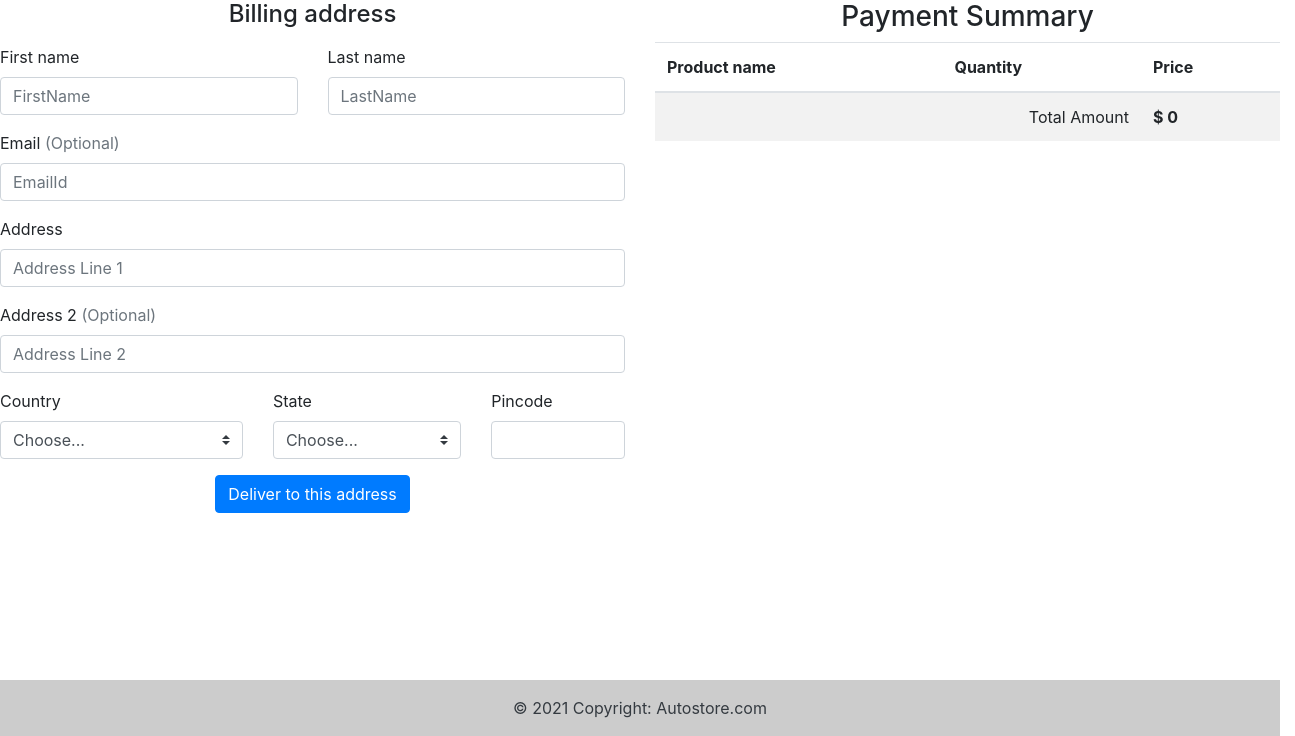
Repository: pravinsakthivel/ecommerce
Page: /checkout
These files come from the project's save history. The page is drawn as it stood at one moment and after the next save; the edit follows.
The browser window is 1280 px wide. The page is 1295 px wide, so the pictures cover 1295 px, including what lies to the right of the window. The pictures show the whole page.
The project was rebuilt for these pictures with package versions that can differ from the ones it lists, and the page was loaded fresh each time. Also part of the build but not shown: src/components/ProductItem.vue, src/components/UI/ShoppingCartIcon.vue, src/components/UI/NavigationBar.vue, src/components/UI/SearchBar.vue, src/components/ProductDescriptionModal.vue, src/components/ProductList.vue, src/components/CartList.vue, src/components/UI/OrderSuccess.vue and 4 more.

Above is the page before, as saved 2021-04-11 00:02:58.

### public/index.html
<!DOCTYPE html>
<html lang="">
  <head>
    <meta charset="utf-8" />
    <meta http-equiv="X-UA-Compatible" content="IE=edge" />
    <meta name="viewport" content="width=device-width,initial-scale=1.0" />
    <link rel="icon" href="<%= BASE_URL %>favicon.ico" />
    <link
      href="https://fonts.googleapis.com/css?family=Nunito+Sans:400,400i,700,900&display=swap"
      rel="stylesheet"
    />
    <title><%= htmlWebpackPlugin.options.title %></title>
  </head>
  <style>
    #page-container {
      position: relative;
      min-height: 100vh;
    }

    #content-wrap {
      padding-bottom: 2.5rem; /* Footer height */
    }

    #footer {
      position: absolute;
      bottom: 0;
      width: 100%;
      height: 2.5rem; /* Footer height */
    }
  </style>
  <body>
    <noscript>
      <strong
        >We're sorry but <%= htmlWebpackPlugin.options.title %> doesn't work
        properly without JavaScript enabled. Please enable it to
        continue.</strong
      >
    </noscript>
    <div id="page-container">
      <div id="content-wrap">
        <div id="app"></div>
      </div>
      <footer id="footer">
        <div class="text-center text-dark p-3 footer" style="background-color: rgba(0, 0, 0, 0.2);">
          © 2021 Copyright:
          <a class="text-dark" href="#">Autostore.com</a>
        </div>
      </footer>
    </div>
    <!-- built files will be auto injected -->
  </body>
</html>

### src/main.js
import { createApp } from 'vue';
import App from './App.vue';
import router from './router.js';
import store from './store.js';
import 'bootstrap';
import 'font-awesome/css/font-awesome.min.css';
import 'bootstrap/dist/css/bootstrap.min.css';
import BaseButton from "./components/UI/BaseButton.vue";
import BaseBadge from './components/UI/BaseBadge.vue';
import TheJumbotrom from './components/UI/TheJumbotron.vue';
import BaseModal from './components/UI/BaseModal.vue';



const app = createApp(App);
app.use(router);
app.use(store);
app.component('base-button',BaseButton);
app.component('base-badge',BaseBadge);
app.component('the-jumbotron',TheJumbotrom);
app.component('base-modal',BaseModal);
app.mount('#app');

### src/App.vue
<template>
 <router-view></router-view>

</template>

<script>

export default {
  name: 'App',
}
</script>

<style >

</style>

### src/router.js
import { createRouter, createWebHistory } from "vue-router";
import ProductList from "./components/ProductList.vue";
import CartList from "./components/CartList.vue";
import OrderSuccessPage from "./components/UI/OrderSuccess.vue";
import LoginPage from "./components/UI/LoginPage.vue";
import CheckoutPage from "./components/CheckoutPage.vue";

const router = createRouter({
  history: createWebHistory(),
  routes: [
    {
      path: "/",
      redirect: "/login",
    },
    {
      path: "/cartIems",
      component: CartList,
    },
    {
      path: "/products",
      component: ProductList,
    },
    {
      path: "/orderSuccessPage",
      component: OrderSuccessPage,
    },
    {
      path: "/login",
      component: LoginPage,
    },
    {
      path:"/checkout",
      component:CheckoutPage
    }
  ],
});

export default router;

### src/store.js
import {createStore} from 'vuex';
import productModule from './store/products/index.js'

const store = createStore({
   modules:{
        products:productModule
   }
});

export default store;

### src/components/UI/BaseButton.vue
<template>
    <button
        class="btn btn-primary"
        type="submit"
        @click.prevent="clickAction"
      >
        <slot></slot>
      </button>
</template>
<script>
export default {
    emits:['click-action'],
    methods:{
        clickAction(){
            this.$emit('click-action');
        }
    }
}
</script>

### src/components/CheckoutPage.vue
<template>
  <div class="row">
    <div class="col-md-6">
      <h4 class="mb-3 text-center">Billing address</h4>
      <form>
        <div class="row">
          <div class="col-md-6 mb-3">
            <label for="firstName">First name</label>
            <input
              type="text"
              class="form-control"
              id="firstName"
              placeholder="FirstName"
              required
              v-model="firstName"
            />
          </div>
          <div class="col-md-6 mb-3">
            <label for="lastName">Last name</label>
            <input
              type="text"
              class="form-control"
              id="lastName"
              placeholder="LastName"
              v-model="lastName"
              required
            />
          </div>
        </div>
        <div class="mb-3">
          <label for="email"
            >Email <span class="text-muted">(Optional)</span></label
          >
          <input
            type="email"
            class="form-control"
            id="email"
            placeholder="EmailId"
            v-model="emailId"
          />
        </div>

        <div class="mb-3">
          <label for="address">Address</label>
          <input
            type="text"
            class="form-control"
            id="address"
            placeholder="Address Line 1"
            required
            v-model="addressLine1"
          />
        </div>

        <div class="mb-3">
          <label for="address2"
            >Address 2 <span class="text-muted">(Optional)</span></label
          >
          <input
            type="text"
            class="form-control"
            id="address2"
            placeholder="Address Line 2"
            v-model="addressLine2"
          />
        </div>

        <div class="row">
          <div class="col-md-5 mb-3">
            <label for="country">Country</label>
            <select
              class="custom-select d-block w-100"
              id="country"
              v-model="country"
            >
              <option value="">Choose...</option>
              <option>India</option>
            </select>
          </div>
          <div class="col-md-4 mb-3">
            <label for="state">State</label>
            <select
              class="custom-select d-block w-100"
              id="state"
              v-model="state"
            >
              <option value="">Choose...</option>
              <option>Bangalore</option>
            </select>
          </div>
          <div class="col-md-3 mb-3">
            <label for="zip">Pincode</label>
            <input
              type="text"
              class="form-control"
              id="zip"
              placeholder=""
              v-model="pincode"
            />
          </div>
        </div>
        <div class="alert alert-danger" role="alert" v-if="isError">
          Please fill in all fields to continue payment !!
        </div>
        <div class="text-center">
          <base-button
            customClass="btn-warning mb-5 mt-5 "
            @click-action="validateAddress"
            >Deliver to this address</base-button
          >
        </div>
      </form>
    </div>
    <div class="col-md-6">
      <payment-details></payment-details>
    </div>
  </div>
</template>
<script>
import PaymentDetails from "./PaymentDetails.vue";

export default {
  components: {
    PaymentDetails,
  },
  data() {
    return {
      firstName: "",
      lastName: "",
      emailId: "",
      addressLine1: "",
      addressLine2: "",
      country: "",
      state: "",
      pincode: "",
      isError: false,
    };
  },
  methods: {
    validateAddress() {
      if (
        this.firstName == "" ||
        this.lastName == "" ||
        this.country == "" ||
        this.state == "" ||
        this.addressLine1 == "" ||
        this.addressLine2 == ""
      ) {
        this.isError = true;
      }
    },
  },
};
</script>

### src/store/products/index.js
import actions from './actions.js';
import getters from './getters.js';
import mutations from './mutations.js';

export default{
    namespaced:true,
    state(){
        return{
            products: [],
            cartItems: [],
            productsIdsInCart:[],
            searchedItems:[],
            lastUpdated:null,
            loggedInUser :'',
            totalCartValue:0
        }
    },
    actions,
    getters,
    mutations
}

### src/components/PaymentSummary.vue
<template>
  <div>
    <h3 class="text-center">Payment Summary</h3>
    <table class="table table-striped">
      <thead>
        <tr>
          <th>Product name</th>
          <th>Quantity</th>
          <th>Price</th>
        </tr>
      </thead>
      <tbody>
        <tr v-for="item in cartItems" :key="item.productId">
          <td>{{ item.productName }}</td>
          <td>{{ item.quantity }}</td>
          <td>$ {{ item.cartValue ? item.cartValue : item.price }}</td>
        </tr>
        <tr>
          <td colspan="2" class="text-right">Total Amount</td>
          <td>
            <strong>$ {{ totalCartValue }}</strong>
          </td>
        </tr>
      </tbody>
    </table>
    <slot></slot>
  </div>
</template>
<script>
export default {
  computed: {
    totalCartValue() {
      let cartvalue = 0;
      this.cartItems.forEach((element) => {
        cartvalue += element.cartValue ? element.cartValue : element.price;
      });
      this.$store.dispatch('products/setCartValue',cartvalue);
      return cartvalue;
    },
    cartItems() {
      return this.$store.getters["products/getCartItems"];
    },
  },
};
</script>

### src/components/PaymentDetails.vue
<template>
  <payment-summary></payment-summary>
  <paypal-component></paypal-component>
</template>
<script>
import PaypalComponent from './PayPalComponent.vue';
import PaymentSummary from './PaymentSummary.vue';
export default {
  components:{
    PaypalComponent,
    PaymentSummary
  },
  computed: {
    totalCartValue() {
      let cartvalue = 0;
      this.cartItems.forEach((element) => {
        cartvalue += element.cartValue ? element.cartValue : element.price;
      });
      console.log(cartvalue)
      return cartvalue;
    },
    cartItems() {
      return this.$store.getters["products/getCartItems"];
    }
  }
};
</script>

### src/store/products/getters.js
export default {
  getProducts(state) {
    return state.products;
  },
  getCartItems(state) {
    return state.cartItems;
  },
  getproductIdsIncart(state) {
    return state.productsIdsInCart;
  },
  shouldRefresh(state) {
    let lastUpdate = state.lastUpdated;
    if (!lastUpdate) {
      return true;
    }
    const currentTimeStamp = new Date().getTime();
    return (currentTimeStamp - lastUpdate) / 1000 > 60;
  },
  getSearchItems(state){
      return state.searchedItems;
  },
  getLoggedInUser(state){
    return state.loggedInUser;
  },
  getCartValue(state){
    return state.totalCartValue;
  }
};

### src/store/products/mutations.js
export default {
  setCartItems(state, payload) {
    state.cartItems = payload;
  },
  setProducts(state, payload) {
    state.products = payload;
  },
  setProductIdsInCart(state, payload) {
    state.productsIdsInCart = payload;
  },
  setTimeStamp(state) {
    state.lastUpdated = new Date().getTime();
  },
  setSearchedItems(state, payload) {
    state.searchedItems = payload;
  },
  setUser(state, userName) {
    state.loggedInUser = userName;
  },
  setCartValue(state,cartValue){
    state.cartValue = cartValue;
  }
};

### src/components/PayPalComponent.vue
<template>
  <div id="paypal-button"></div>
</template>
<script>
export default {
  props: ["enable"],
  mounted() {
    let paypalScript = document.createElement("script");
    paypalScript.setAttribute(
      "src",
      "https://www.paypal.com/sdk/js?client-id=AVqt9vrCUVqfc7P88IdNEju9AuBGJq-97Q6YjIoat7qiJp9kvvh4UoYTX6ck6Du60ubYApPewCvAZViN"
    );
    paypalScript.addEventListener("load", this.loadPayPal);
    document.head.appendChild(paypalScript);
  },
  methods: {
    loadPayPal() {
      let self = this;
      let cartValue = this.$store.getters["products/getCartValue"];
      console.log("enable", self.enable);
      window.paypal
        .Buttons({
          onInit: function(data, actions) {
            // Disable the buttons
            actions.disable();
            if (self.enable) {
              actions.enable();
            }
          },

          createOrder: function(data, actions) {
            // let totalCartValue = self.cartValue;
            // This function sets up the details of the transaction, including the amount and line item details.
            return actions.order.create({
              purchase_units: [
                {
                  amount: {
                    value: cartValue,
                  },
                },
              ],
            });
          },
          onApprove: function(data, actions) {
            // This function captures the funds from the transaction.
            return actions.order.capture().then(function(details) {
              // This function shows a transaction success message to your buyer.
              self.processPostPayment(details);
            });
          },
        })
        .render("#paypal-button");
    },
    processPostPayment(details) {
      console.log(details);
      this.$store.dispatch("products/setCartItems", []);
      this.$store.dispatch("products/resetProductIdsInCart");
      this.$router.push("orderSuccessPage");
    },
  },
};
</script>

Loaded but not shown: src/store/products/actions.js (58 lines, source omitted)

After the next save:
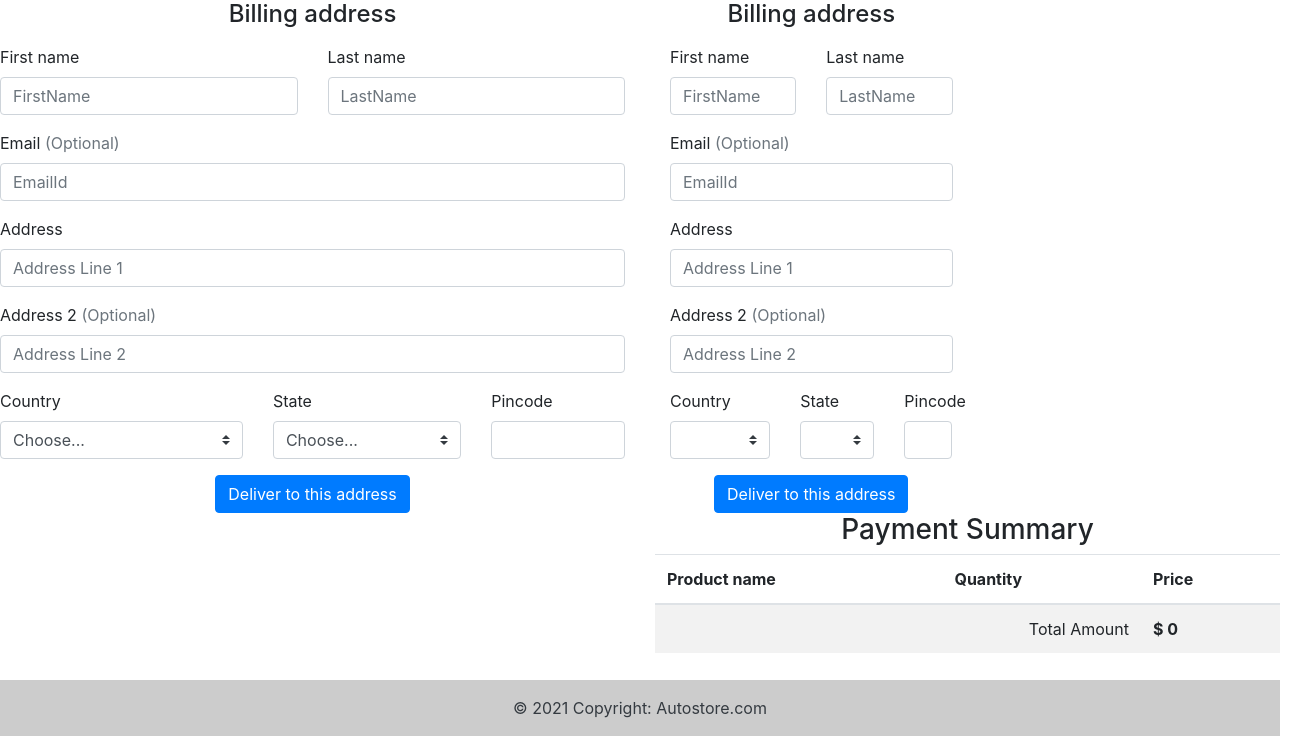
Saved 15 s later.
--- a/src/components/PaymentDetails.vue
+++ b/src/components/PaymentDetails.vue
@@ -1,4 +1,115 @@
 <template>
+<div class="col-md-6">
+        <h4 class="mb-3 text-center">Billing address</h4>
+        <form>
+          <div class="row">
+            <div class="col-md-6 mb-3">
+              <label for="firstName">First name</label>
+              <input
+                type="text"
+                class="form-control"
+                id="firstName"
+                placeholder="FirstName"
+                required
+                v-model="firstName"
+              />
+            </div>
+            <div class="col-md-6 mb-3">
+              <label for="lastName">Last name</label>
+              <input
+                type="text"
+                class="form-control"
+                id="lastName"
+                placeholder="LastName"
+                v-model="lastName"
+                required
+              />
+            </div>
+          </div>
+          <div class="mb-3">
+            <label for="email"
+              >Email <span class="text-muted">(Optional)</span></label
+            >
+            <input
+              type="email"
+              class="form-control"
+              id="email"
+              placeholder="EmailId"
+              v-model="emailId"
+            />
+          </div>
+
+          <div class="mb-3">
+            <label for="address">Address</label>
+            <input
+              type="text"
+              class="form-control"
+              id="address"
+              placeholder="Address Line 1"
+              required
+              v-model="addressLine1"
+            />
+          </div>
+
+          <div class="mb-3">
+            <label for="address2"
+              >Address 2 <span class="text-muted">(Optional)</span></label
+            >
+            <input
+              type="text"
+              class="form-control"
+              id="address2"
+              placeholder="Address Line 2"
+              v-model="addressLine2"
+            />
+          </div>
+
+          <div class="row">
+            <div class="col-md-5 mb-3">
+              <label for="country">Country</label>
+              <select
+                class="custom-select d-block w-100"
+                id="country"
+                v-model="country"
+              >
+                <option value="">Choose...</option>
+                <option>India</option>
+              </select>
+            </div>
+            <div class="col-md-4 mb-3">
+              <label for="state">State</label>
+              <select
+                class="custom-select d-block w-100"
+                id="state"
+                v-model="state"
+              >
+                <option value="">Choose...</option>
+                <option>Bangalore</option>
+              </select>
+            </div>
+            <div class="col-md-3 mb-3">
+              <label for="zip">Pincode</label>
+              <input
+                type="text"
+                class="form-control"
+                id="zip"
+                placeholder=""
+                v-model="pincode"
+              />
+            </div>
+          </div>
+          <div class="alert alert-danger" role="alert" v-if="isError">
+            Please fill in all fields to continue payment !!
+          </div>
+          <div class="text-center">
+            <base-button
+              customClass="btn-warning mb-5 mt-5 "
+              @click-action="validateAddress"
+              >Deliver to this address</base-button
+            >
+          </div>
+        </form>
+      </div>
   <payment-summary></payment-summary>
   <paypal-component></paypal-component>
 </template>

After the save that followed:
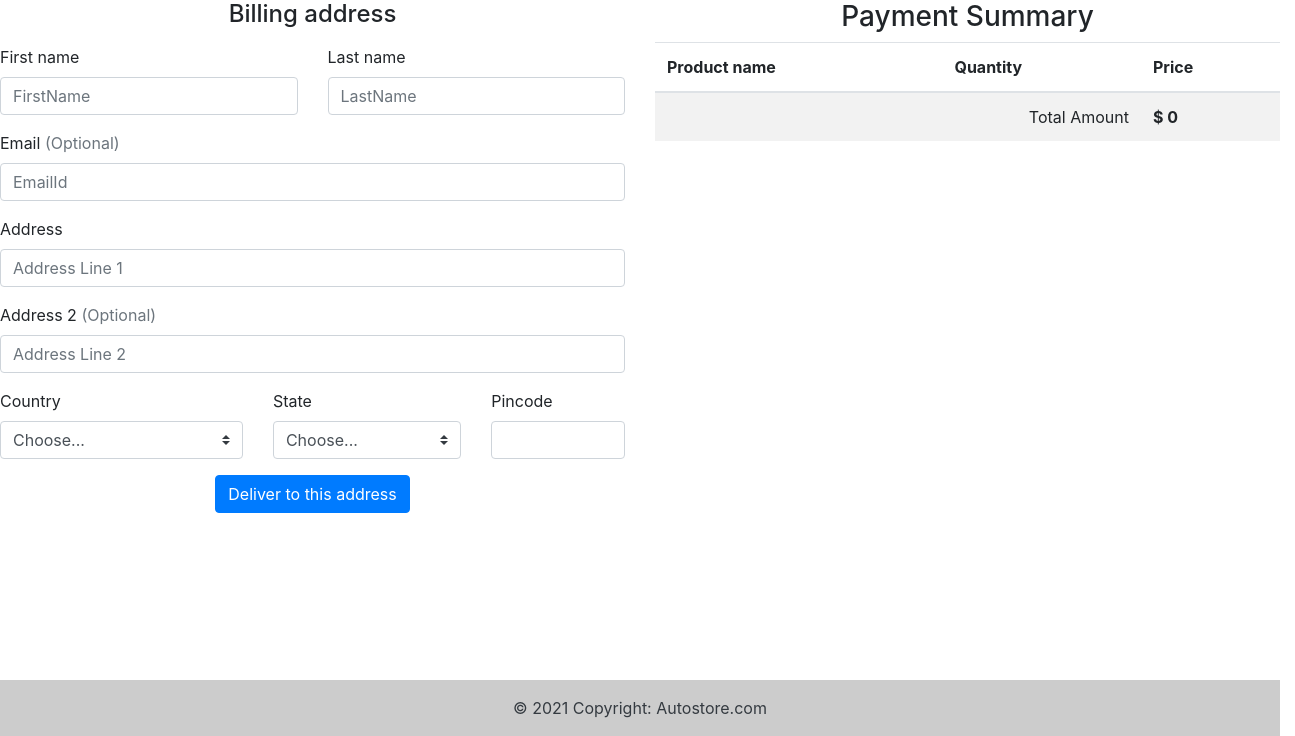
Saved 113 s later.
--- a/src/components/PaymentDetails.vue
+++ b/src/components/PaymentDetails.vue
@@ -1,115 +1,4 @@
 <template>
-<div class="col-md-6">
-        <h4 class="mb-3 text-center">Billing address</h4>
-        <form>
-          <div class="row">
-            <div class="col-md-6 mb-3">
-              <label for="firstName">First name</label>
-              <input
-                type="text"
-                class="form-control"
-                id="firstName"
-                placeholder="FirstName"
-                required
-                v-model="firstName"
-              />
-            </div>
-            <div class="col-md-6 mb-3">
-              <label for="lastName">Last name</label>
-              <input
-                type="text"
-                class="form-control"
-                id="lastName"
-                placeholder="LastName"
-                v-model="lastName"
-                required
-              />
-            </div>
-          </div>
-          <div class="mb-3">
-            <label for="email"
-              >Email <span class="text-muted">(Optional)</span></label
-            >
-            <input
-              type="email"
-              class="form-control"
-              id="email"
-              placeholder="EmailId"
-              v-model="emailId"
-            />
-          </div>
-
-          <div class="mb-3">
-            <label for="address">Address</label>
-            <input
-              type="text"
-              class="form-control"
-              id="address"
-              placeholder="Address Line 1"
-              required
-              v-model="addressLine1"
-            />
-          </div>
-
-          <div class="mb-3">
-            <label for="address2"
-              >Address 2 <span class="text-muted">(Optional)</span></label
-            >
-            <input
-              type="text"
-              class="form-control"
-              id="address2"
-              placeholder="Address Line 2"
-              v-model="addressLine2"
-            />
-          </div>
-
-          <div class="row">
-            <div class="col-md-5 mb-3">
-              <label for="country">Country</label>
-              <select
-                class="custom-select d-block w-100"
-                id="country"
-                v-model="country"
-              >
-                <option value="">Choose...</option>
-                <option>India</option>
-              </select>
-            </div>
-            <div class="col-md-4 mb-3">
-              <label for="state">State</label>
-              <select
-                class="custom-select d-block w-100"
-                id="state"
-                v-model="state"
-              >
-                <option value="">Choose...</option>
-                <option>Bangalore</option>
-              </select>
-            </div>
-            <div class="col-md-3 mb-3">
-              <label for="zip">Pincode</label>
-              <input
-                type="text"
-                class="form-control"
-                id="zip"
-                placeholder=""
-                v-model="pincode"
-              />
-            </div>
-          </div>
-          <div class="alert alert-danger" role="alert" v-if="isError">
-            Please fill in all fields to continue payment !!
-          </div>
-          <div class="text-center">
-            <base-button
-              customClass="btn-warning mb-5 mt-5 "
-              @click-action="validateAddress"
-              >Deliver to this address</base-button
-            >
-          </div>
-        </form>
-      </div>
   <payment-summary></payment-summary>
   <paypal-component></paypal-component>
 </template>
